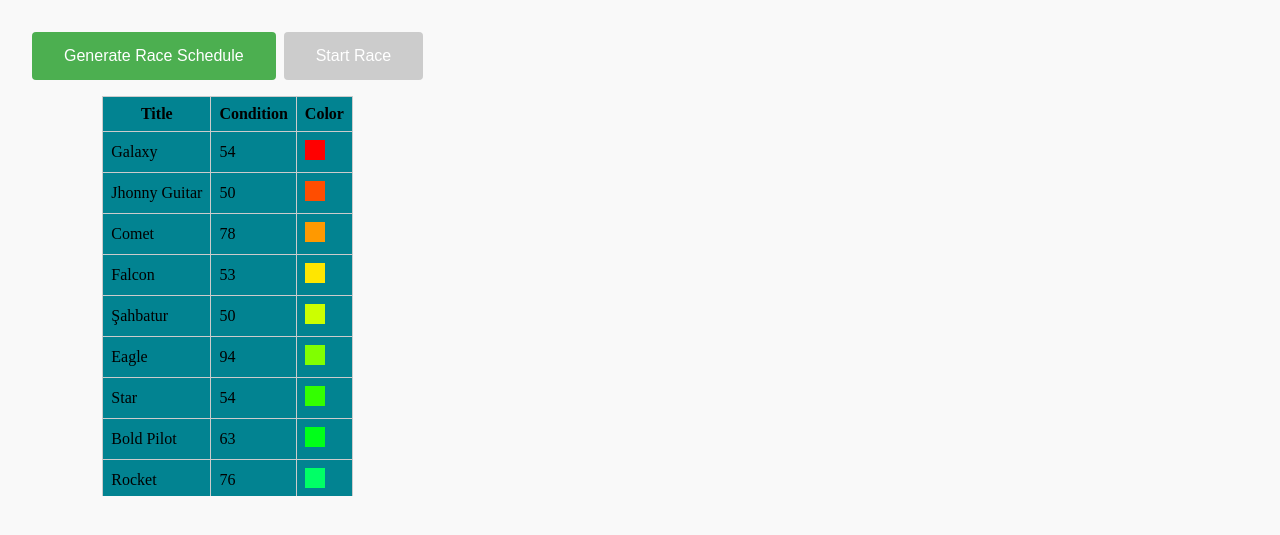
Repository: akinankarali/horse-racing-game
Page: /
The author's editor kept a copy of each file at every save. The page is drawn from the files as they stood at one save, then again after the next save.
The browser window is 1280 px wide. The pictures show the whole page.
The project was rebuilt for these pictures with package versions that can differ from the ones it lists, and the page was loaded fresh each time. The framework's server and built-in components were replaced by stand-ins that run in the browser. Also part of the build but not shown: nuxt.config.ts, components/Results.vue. Imported but missing from the stored project, and not drawn on this page: store/setting.

Above is the page before, as saved 2024-06-09 21:40:25.

### store/index.ts
import { MutationTree, ActionTree, GetterTree } from 'vuex';
import { Horse, RaceState } from './types';

const horseTitles = [
  'Şahbatur', 'Bold Pilot', 'Yavuzhan', 'Thunderbolt', 'Jhonny Guitar',
  'Murphy', 'Majesty', 'Comet', 'Star', 'Galaxy',
  'Nova', 'Meteor', 'Phoenix', 'Pegasus', 'Ranger',
  'Rocket', 'Sparrow', 'Eagle', 'Falcon', 'Mustang'
];

export const state = (): RaceState => ({
  horses: [],
  selectedHorses: [[], [], [], [], [], []],
  raceSchedule: [1200, 1400, 1600, 1800, 2000, 2200],
  raceResults: [],
  currentRound: 0,
});

export const getters: GetterTree<RaceState, RaceState> = {
  allHorses: state => state.horses,
  raceResults: state => state.raceResults,
  selectedHorses: state => state.selectedHorses,
  currentRound: state => state.currentRound,
  raceSchedule: state => state.raceSchedule,
};

export const mutations: MutationTree<RaceState> = {
  SET_HORSES(state: RaceState, horses: Horse[]) {
    state.horses = horses;
  },
  SET_SELECTED_HORSES(state: RaceState, horses: Horse[][]) {
    state.selectedHorses = horses;
  },
  ADD_RACE_RESULT(state: RaceState, result: string) {
    state.raceResults.push(result);
  },
  RESET_RACE_RESULTS(state: RaceState) {
    state.raceResults = [];
  },
  UPDATE_HORSE_CONDITION(state: RaceState, updatedHorse: Horse) {
    const horse = state.horses.find(h => h.id === updatedHorse.id);
    if (horse) {
      horse.condition = updatedHorse.condition;
    }
  },
  UpdateCurrentRound(state: RaceState, round: number) {
    state.currentRound = round;
  },

};

export const actions: ActionTree<RaceState, RaceState> = {
  generateHorses({ commit }) {
    const shuffledTitles = horseTitles.sort(() => Math.random() - 0.5);

    const horses: Horse[] = Array.from({ length: 20 }, (_, i) => {
      const hue = (i * 18) % 360;
      const condition = Math.floor(Math.random() * 100) + 1;

      return {
        id: i + 1,
        title: shuffledTitles[i],
        color: `hsl(${hue}, 100%, 50%)`,
        condition: condition < 50 ? 50 : condition,
        position: 0
      };
    });

    commit('SET_HORSES', horses);
  },
  generateRaceSchedule({ commit, state }) {

    const shuffleArray = (array: any[]) => {
      for (let i = array.length - 1; i > 0; i--) {
        const j = Math.floor(Math.random() * (i + 1));
        [array[i], array[j]] = [array[j], array[i]];
      }
      return array;
    };

    const raceRounds: Horse[][] = [];

    for (let roundIndex = 0; roundIndex < 6; roundIndex++) {
      const roundHorses = [];
      const availableHorses = [...state.horses];
      for (let i = 0; i < 10; i++) {
        const randomIndex = Math.floor(Math.random() * availableHorses.length);
        const selectedHorse = availableHorses[randomIndex];

        roundHorses.push(selectedHorse);
        availableHorses.splice(randomIndex, 1);
      }

      raceRounds.push(shuffleArray(roundHorses));
    }

    commit('SET_SELECTED_HORSES', raceRounds);
  },

  async startRace({ commit, state }) {
    commit('RESET_RACE_RESULTS');

    for (let roundIndex = 0; roundIndex < 6; roundIndex++) {
      const distance = state.raceSchedule[roundIndex];
      const roundHorses = state.selectedHorses[roundIndex].map(horse => ({ ...horse }));

      for (let second = 0; second < (6 + roundIndex); second++) {
        await new Promise(resolve => setTimeout(resolve, 1000));

        roundHorses.forEach(horse => {
          horse.condition -= Math.floor(Math.random() * 5) + 1;
          if (horse.condition < 0) {
            horse.condition = 0;
          }
          commit('UPDATE_HORSE_CONDITION', horse);
        });

        const runResult = {
          distance,
          horses: roundHorses.map(horse => ({
            id: horse.id,
            title: horse.title,
            condition: horse.condition,
          })),
        };

        commit('UpdateCurrentRound', roundIndex );
        commit('ADD_RACE_RESULT', runResult);
      }

      const winner = roundHorses.reduce((prev, current) => (prev.condition > current.condition) ? prev : current);
      const winnerResult = `${roundIndex + 1 }: ${winner.title} (${winner.condition})`;

      commit('ADD_RACE_RESULT', {
        distance,
        horses: roundHorses,
        winnerResult,
      });
    }
  },
};

### store/types.ts
export interface Horse {
    id: number;
    title: string;
    color: string;
    condition: number;
    position?: number ;
  }

  export interface RaceState {
    horses: Horse[];
    selectedHorses: Horse[][];
    raceSchedule: number[];
    raceResults: string[];
    currentRound: number;
  }

### pages/index.vue
<template>
  <div class="horse-racing-day">
    <div class="racing-wrapper">
      <div class="information-section">
        <Race />
      </div>

      <div class="race-board-section">
        <h4 v-if="selectedHorses[currentRound].length">
          Round {{ currentRound + 1 }} - {{ raceSchedule[currentRound] }}m
        </h4>
        <RaceBoard />
      </div>
    </div>

    <div class="result-section">
      <Results v-if="selectedHorses[currentRound].length" />
    </div>
  </div>
</template>

<script lang="ts">
import Race from '../components/Race.vue';
import Results from '../components/Results.vue';
import RaceBoard from '../components/RaceBoard.vue';

import { mapGetters } from 'vuex';

export default {
  name: 'Home',
  components: {
    Race,
    Results,
    RaceBoard,
  },

  computed: {
    ...mapGetters({
      currentRound: 'currentRound',
      selectedHorses: 'selectedHorses',
      raceSchedule: 'raceSchedule',
    }),
  },
};
</script>

<style scoped lang="scss">
.horse-racing-day {
  display: flex;
  flex-direction: column;

  .racing-wrapper {
    display: flex;
    margin-bottom: 20px;
    gap: 20px;

    .race-board-section {
      flex: 1;
    }

    .information-section {
      padding: 24px;
      display: flex;
      align-items: center;
    }
  }
}
</style>

<style lang="scss">
html {
  background-color: #f9f9f9;
}
</style>

### components/Race.vue
<template>
  <div class="race">
    <div class="race-buttons">
      <Button
        title="Generate Race Schedule"
        @action="generateRaceScheduleMethod"
      />
      <Button title="Start Race" @action="startRace" :disabled="isDisabled" />
    </div>
    <div class="horse-list">
      <HorseTable />
    </div>
  </div>
</template>

<script lang="ts">
import { mapActions, mapGetters } from 'vuex';
import HorseTable from './HorseTable.vue';
import Button from '../components/Button.vue';

export default {
  components: {
    HorseTable,
    Button,
  },
  data() {
    return {
      isDisabled: true,
    };
  },
  computed: {
    ...mapGetters({
      allHorses: 'allHorses',
      raceResults: 'raceResults',
      selectedHorses: 'selectedHorses',
    }),
  },
  methods: {
    ...mapActions({
      generateHorses: 'generateHorses',
      generateRaceSchedule: 'generateRaceSchedule',
      startRace: 'startRace',
    }),

    generateRaceScheduleMethod() {
      this.isDisabled = false;
      this.generateRaceSchedule();
    },
  },
  mounted() {
    this.generateHorses();
  },
};
</script>

<style scoped lang="scss">
.race {
  display: flex;
  flex-direction: column;
  align-items: center;
}
.horse-list {
  max-width: 300px;
  max-height: 400px;
  height: 100%;
  overflow: scroll;
}
.race-buttons {
  display: flex;
  gap: 8px;
  margin-bottom: 16px;
}
</style>

### components/RaceBoard.vue
<template>
  <div class="race-board" v-if="selectedHorses[currentRound].length">
    <div
      v-for="horse in selectedHorses[currentRound]"
      :key="horse.id"
      class="horse"
      :style="{ transform: `translateX(${horse.position * 10}px)` }"
    >
      {{ horse.title }}
      <img
        class="horse-img"
        src="../assets/horse.svg"
        alt=""
        :style="{ filter: horse.filter }"
      />
    </div>
  </div>
</template>

<script lang="ts">
import { mapGetters } from 'vuex';

export default {
  name: 'RaceBoard',
  computed: {
    ...mapGetters({
      selectedHorses: 'selectedHorses',
      currentRound: 'currentRound',
    }),
  },
};
</script>

<style scoped>
.race-board {
  width: 100%;
  height: 100%;
  max-height: 89%;
  border: 1px solid #ccc;
  overflow: hidden;
  background-color: #e88d67;
  border-radius: 4px;
}

.horse-img {
  -webkit-transform: scaleX(-1);
  transform: scaleX(-1);
  width: 24px;
  height: 24px;
}

.horse {
  display: flex;
  flex-direction: column;
  border-bottom: 1px solid #ccc;
  padding: 4px;
  position: relative;
}
</style>

### components/HorseTable.vue
<template>
  <table>
    <thead>
      <tr>
        <th>Title</th>
        <th>Condition</th>
        <th>Color</th>
      </tr>
    </thead>
    <tbody>
      <tr v-for="horse in allHorses" :key="horse.id">
        <td>{{ horse.title }}</td>
        <td>{{ horse.condition }}</td>
        <td>
          <div
            :style="{
              backgroundColor: horse.color,
              width: '20px',
              height: '20px',
            }"
          ></div>
        </td>
      </tr>
    </tbody>
  </table>
</template>

<script lang="ts">
import { mapGetters } from 'vuex';

export default {
  name: 'HorseTable',
  computed: {
    ...mapGetters({
      allHorses: 'allHorses',
    }),
  },
};
</script>

<style scoped>
table {
  width: 100%;
  border-collapse: collapse;
  background-color: #028391;
}

th,
td {
  padding: 8px;
  border: 1px solid #ccc;
}

th {
  background-color: #028391;
}

div {
  display: inline-block;
}
</style>

### components/Button.vue
<template>
  <div>
    <button :disabled="disabled" @click="handleAction">{{ title }}</button>
  </div>
</template>

<script lang="ts">
export default {
  props: {
    title: {
      type: String,
      required: true,
    },
    disabled: {
      type: Boolean,
      default: false,
    },
  },
  methods: {
    handleAction() {
      this.$emit('action');
    },
  },
};
</script>

<style scoped lang="scss">
button {
  background-color: #4caf50;
  border: none;
  color: white;
  padding: 15px 32px;
  text-align: center;
  text-decoration: none;
  display: inline-block;
  font-size: 16px;
  cursor: pointer;
  border-radius: 4px;

  &:hover {
    background-color: #45a049;
  }

  &:disabled {
    background-color: #cccccc;
    cursor: not-allowed;
  }
}
</style>

After the next save:
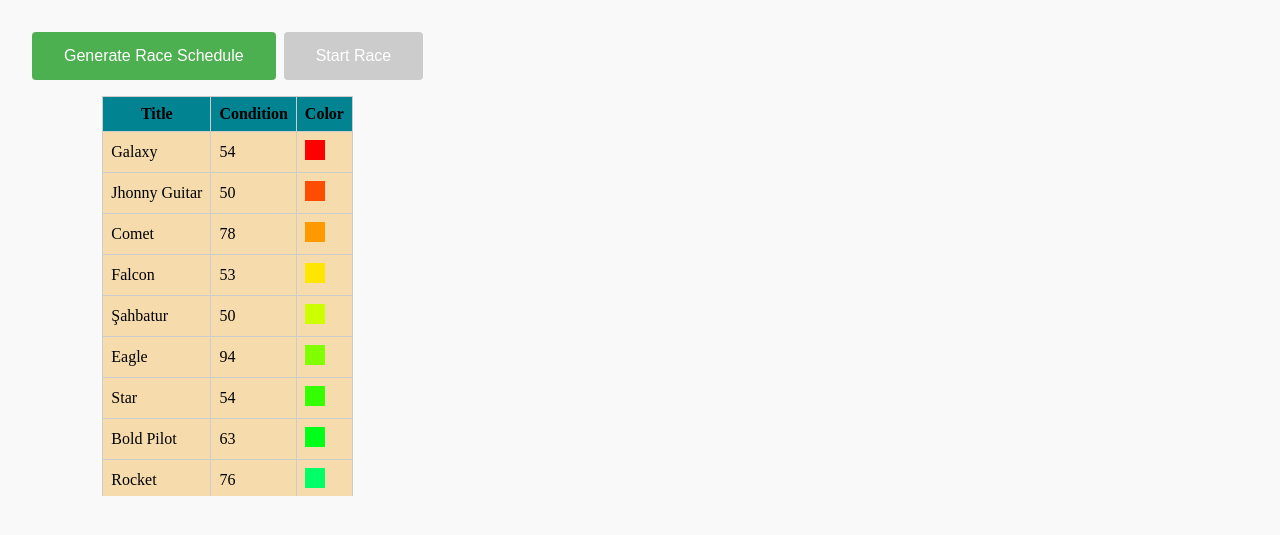
Saved 17 s later.
--- a/components/HorseTable.vue
+++ b/components/HorseTable.vue
@@ -42,7 +42,7 @@ export default {
 table {
   width: 100%;
   border-collapse: collapse;
-  background-color: #028391;
+  background-color: #f6dcac;
 }
 
 th,
